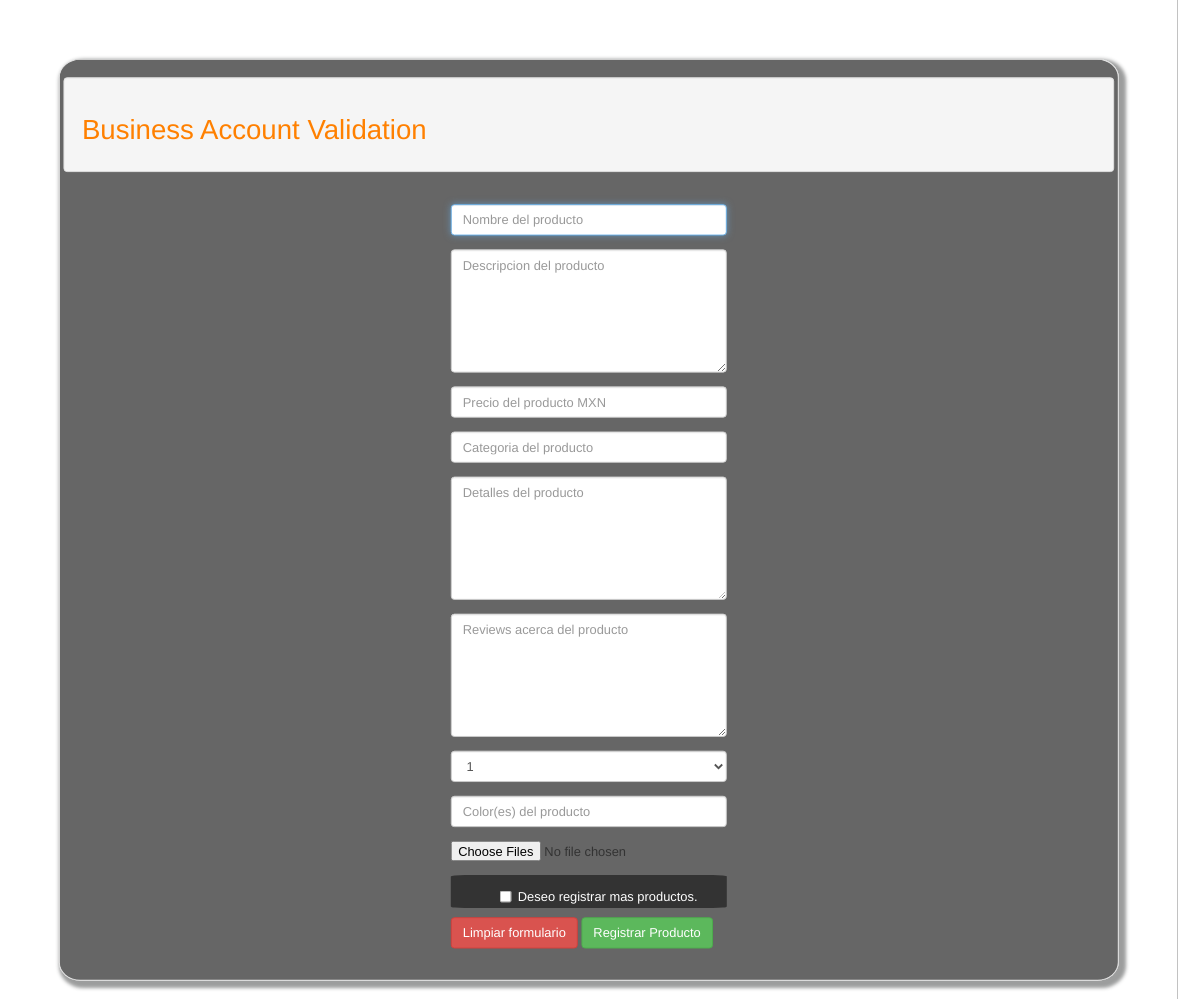
Repository: diamesa/sdi.esb.toolbox
Page: http://localhost/WebAnalizer/BAValidation.jsp
The author's editor kept a copy of each file at every save. The page is drawn from the files as they stood at one save, then again after the next save.
The browser window is 1280 px wide. The pictures show the whole page, at 92% of full size.
The page is served by Tomcat 9.

Above is the page before, as saved 2016-06-06 17:09:20.
Console error: TypeError: Cannot read properties of null (reading 'addEventListener')

After the next save:
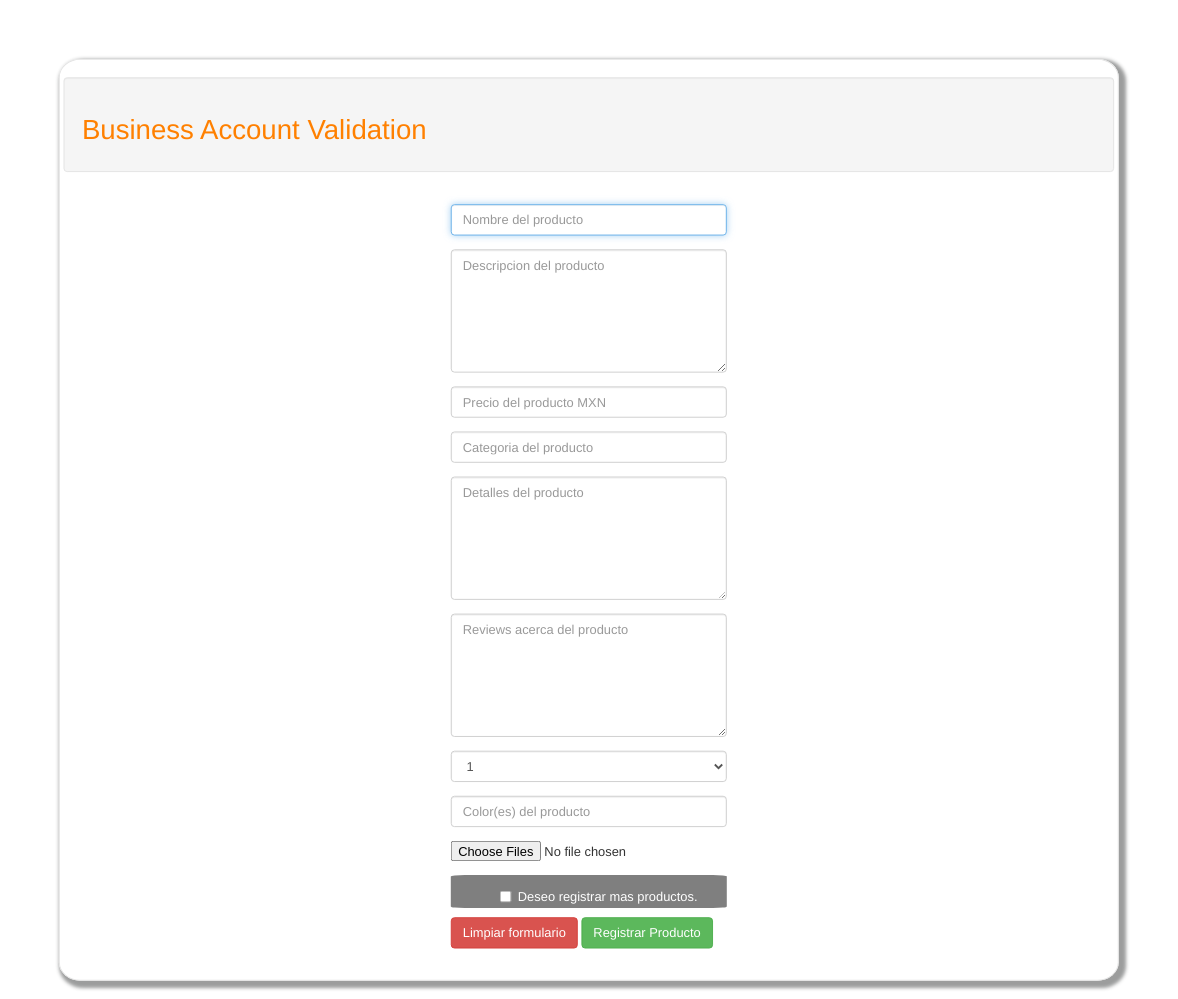
Saved 33 s later.
--- a/WebAnalizer/WebContent/css/sdi_toolbox.css
+++ b/WebAnalizer/WebContent/css/sdi_toolbox.css
@@ -12,7 +12,7 @@ body{padding-top: 5%;
 	.crud-pannel{max-width: 90%;
 		 		/*background-image: url(img/polygon-colors.jpg);
 		   		background-size: contain;*/
-		   		background-color: rgba(000,000,000,0.60);
+		   		background-color: rgba(255,255,255,0.60);
 				 -webkit-box-shadow: 4px 4px 4px 4px rgba(48, 50, 50, 0.48);
 				 -moz-box-shadow:    4px 4px 4px 4px rgba(48, 50, 50, 0.48);
 			 	box-shadow:    4px 4px 4px 4px rgba(48, 50, 50, 0.48);
